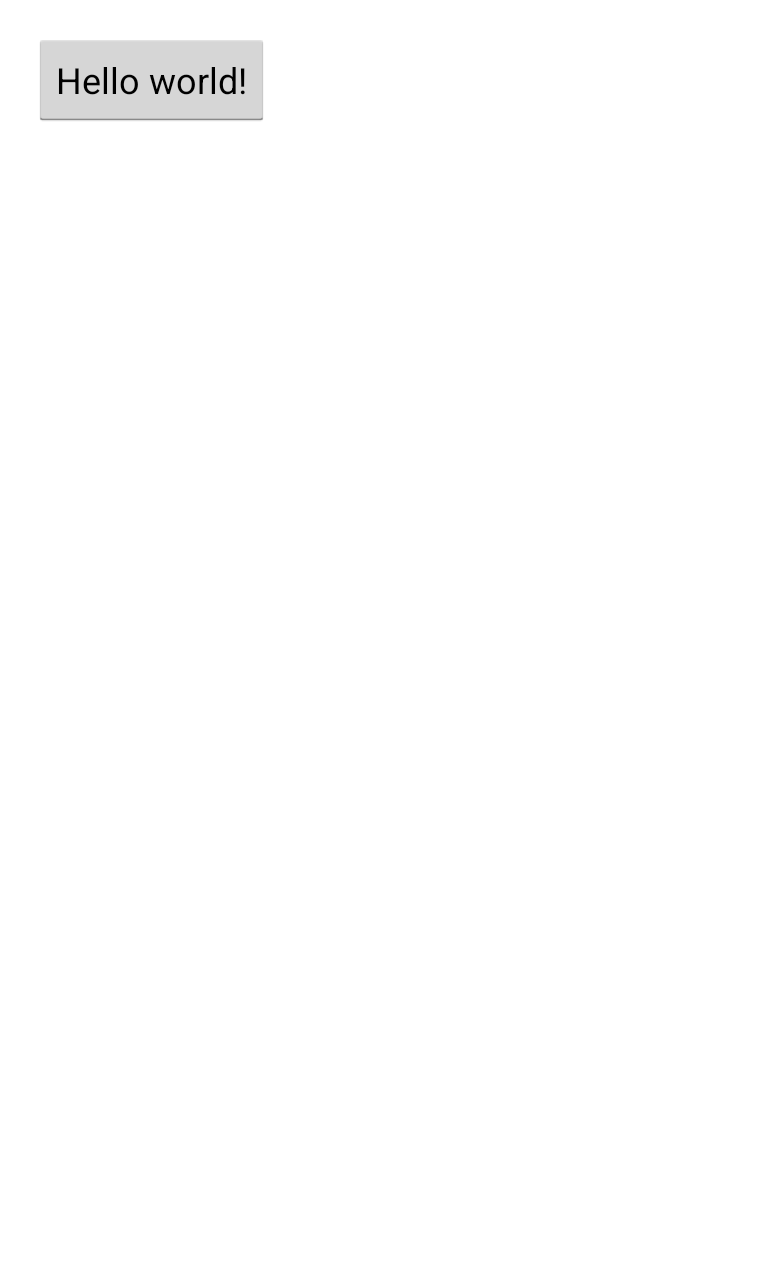
Repository: xfhy/Usually-learn-Android
Layout: 零散知识/DialogFragment创建对话框/res/layout/activity_main.xml
These files come from the project's save history. The layout is drawn as it stood at one moment and after the next save; the edit follows.
It is drawn on a 768 x 1280 px phone screen (xhdpi) without system bars, with theme AppTheme; the app's code is not run.

Above is the layout before, as saved 2017-04-03 02:58:57.

### 零散知识/DialogFragment创建对话框/res/layout/activity_main.xml
<RelativeLayout xmlns:android="http://schemas.android.com/apk/res/android"
    xmlns:tools="http://schemas.android.com/tools"
    android:layout_width="match_parent"
    android:layout_height="match_parent"
    android:paddingBottom="@dimen/activity_vertical_margin"
    android:paddingLeft="@dimen/activity_horizontal_margin"
    android:paddingRight="@dimen/activity_horizontal_margin"
    android:paddingTop="@dimen/activity_vertical_margin"
    tools:context="com.xfhy.dialogfragment.MainActivity$PlaceholderFragment" >

    <Button
        android:layout_width="wrap_content"
        android:layout_height="wrap_content"
        android:text="@string/hello_world" />

</RelativeLayout>

### 零散知识/DialogFragment创建对话框/res/values/strings.xml
<?xml version="1.0" encoding="utf-8"?>
<resources>

    <string name="app_name">DialogFragment创建对话框</string>
    <string name="hello_world">Hello world!</string>
    <string name="action_settings">Settings</string>

</resources>

Loaded but not shown: 零散知识/DialogFragment创建对话框/res/values/styles.xml (common file); 零散知识/DialogFragment创建对话框/res/values-v11/styles.xml (common file); 零散知识/DialogFragment创建对话框/res/values-v14/styles.xml (common file); 零散知识/DialogFragment创建对话框/res/values/dimens.xml (common file); 零散知识/DialogFragment创建对话框/res/values-w820dp/dimens.xml (common file)

After the next save:
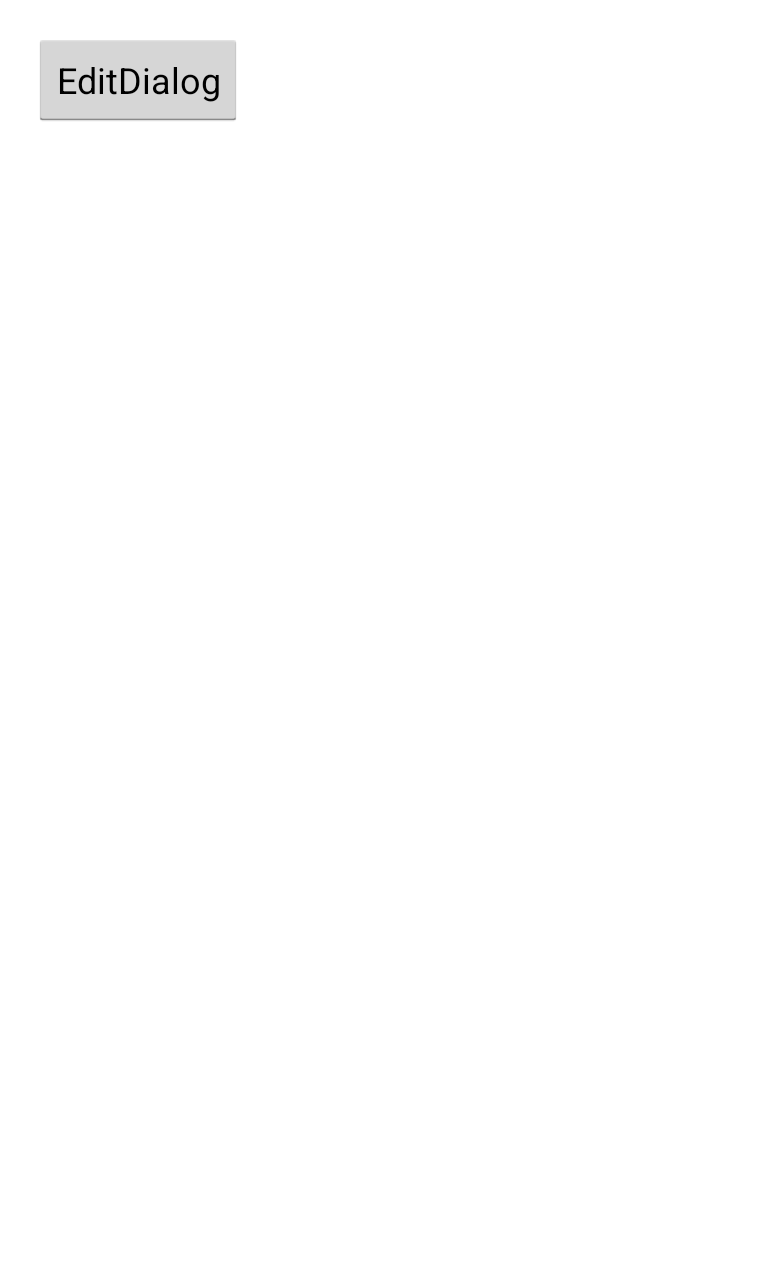
Saved 2 min 12 s later.
--- a/零散知识/DialogFragment创建对话框/res/layout/activity_main.xml
+++ b/零散知识/DialogFragment创建对话框/res/layout/activity_main.xml
@@ -1,7 +1,8 @@
-<RelativeLayout xmlns:android="http://schemas.android.com/apk/res/android"
+<LinearLayout xmlns:android="http://schemas.android.com/apk/res/android"
     xmlns:tools="http://schemas.android.com/tools"
     android:layout_width="match_parent"
     android:layout_height="match_parent"
+    android:orientation="vertical"
     android:paddingBottom="@dimen/activity_vertical_margin"
     android:paddingLeft="@dimen/activity_horizontal_margin"
     android:paddingRight="@dimen/activity_horizontal_margin"
@@ -11,6 +12,6 @@
     <Button
         android:layout_width="wrap_content"
         android:layout_height="wrap_content"
-        android:text="@string/hello_world" />
+        android:text="EditDialog" />
 
-</RelativeLayout>
+</LinearLayout>
